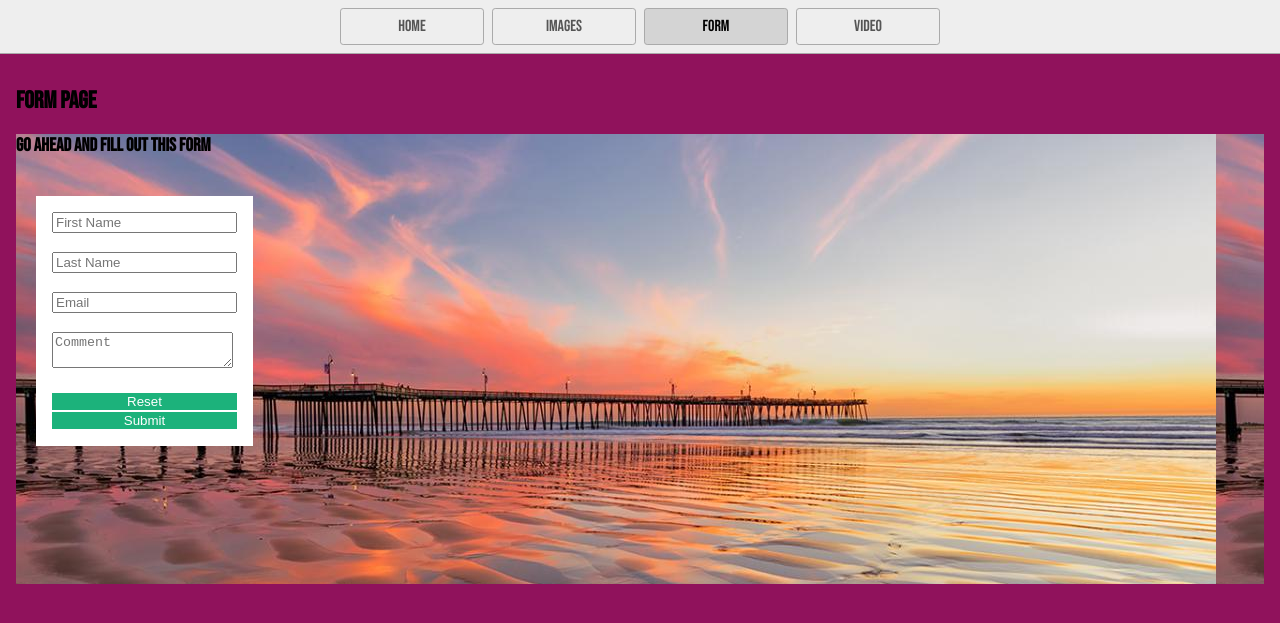
Repository: sebas6292/palmTree-Final
Page: Form.html
An editor plug-in stored every save of this project. The page is shown before and after the next save, followed by the edit.
The browser window is 1280 px wide. The pictures show the whole page.

Above is the page before, as saved 2023-05-28 12:33:25.

### Form.html
<!DOCTYPE html>
<html lang="en">
  <head>
    <title>Home</title>
    <meta charset="UTF-8" />
    <meta name="viewport" content="width=device-width" />

    <link rel="preconnect" href="https://fonts.googleapis.com">
    <link rel="preconnect" href="https://fonts.gstatic.com" crossorigin>
    <link href="https://fonts.googleapis.com/css2?family=Bebas+Neue&display=swap" rel="stylesheet">
    <link rel="stylesheet" href="styles.css" />

  </head>
  <body>
    <nav>
      <a href="/Home.html">Home</a>
      <a href="/Images.html">Images</a>
      <a href="/Form.html" aria-current="page">Form</a>
      <a href="/Video.html">Video</a>
    </nav>
    <main>
      <h1>Form page</h1>
      <div class="bg-img">
      <h3>Go ahead and fill out this form</h3>
      <form action="/Home.html" target="_blank" class="form-container">

        <input type="text" id="fname" name="fname" placeholder="First Name"><br>
        <br>
        <input type="text" id="lname" name="lname" placeholder="Last Name" ><br>
        <br>
        <input type="text" id="email" name="email" placeholder="Email"><br>
        <br>

        <textarea id="comment" placeholder='Comment' name="comment" ></textarea>
        <br>
        <br>
        <input class="btn" type="reset" value="Reset">
        <input class="btn" type="submit" value="Submit">
      </form>
    </div>
    </main>
  </body>
</html>

### styles.css
* {
    box-sizing: border-box;
  }

  body {
    margin: 0;
    font-family: 'Bebas Neue', sans-serif;
    color: black;
    background-color: white;
  }
  @keyframes body {
    0%   {background-color: white;}
    25%  {background-color: brown}
    50%  {background-color: purple;}
    100% {background-color: black;}
  }
  body {
    background-color: white;
    animation-name: body;
    animation-duration: 15s;
  }

  nav {
    display: flex;
    flex-wrap: wrap;
    align-items: center;
    justify-content: center;
    padding: 0.5rem;
    gap: 0.5rem;
    border-bottom: solid 1px #aaa;
    background-color: #eee;
  }

  nav a {
    display: inline-block;
    min-width: 9rem;
    padding: 0.5rem;
    border-radius: 0.2rem;
    border: solid 1px #aaa;
    text-align: center;
    text-decoration: none;
    color: #555;
  }

  nav a[aria-current='page'] {
    color: #000;
    background-color: #d4d4d4;
  }

  main {
    padding: 1rem;
  }

  h1 {
    font-weight: bold;
    font-size: 1.5rem;
  }

  .bg-img {
    background-image: url('/Assets/pier2.jpeg');
    height: 450px;
  }

  .form-container {
    position: absolute;
    margin: 20px;
    max-width: 300px;
    padding: 16px;
    background-color: white;
  }
  input[type=text], input[type=password], input[type=] {
    width: 100%;
    padding: 8px;
    margin: 5px 0 22px 0;
    border: none;
    background: #f1f1f1;
  }
  .btn {
    background-color: #04AA6D;
    color: white;
    /* padding: 16px 20px; */
    border: none;
    cursor: pointer;
    width: 100%;
    opacity: 0.9;
  }

  .btn:hover {
    opacity: 1;
  }
  /* .btn:hover {
    background-color: whitesmoke;
    color: red
  }

  img:hover {
    width: 300px;
  }
   */

After the next save:
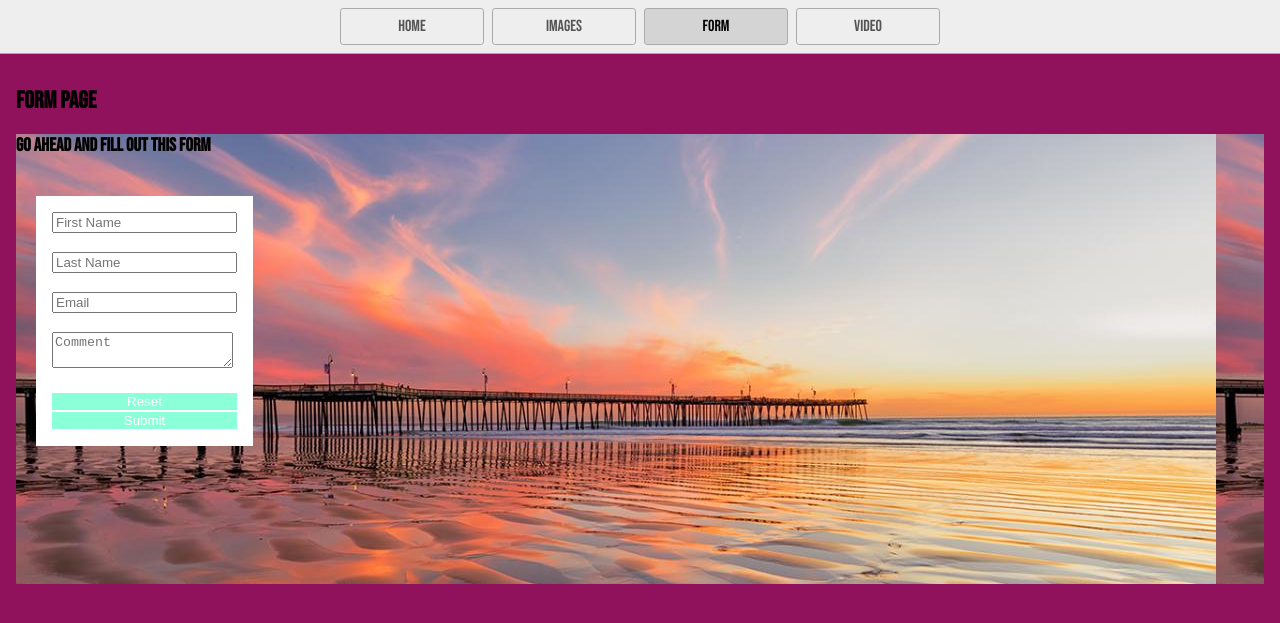
Saved 22 s later.
--- a/styles.css
+++ b/styles.css
@@ -76,7 +76,7 @@
     background: #f1f1f1;
   }
   .btn {
-    background-color: #04AA6D;
+    background-color: aquamarine;
     color: white;
     /* padding: 16px 20px; */
     border: none;

After the save that followed:
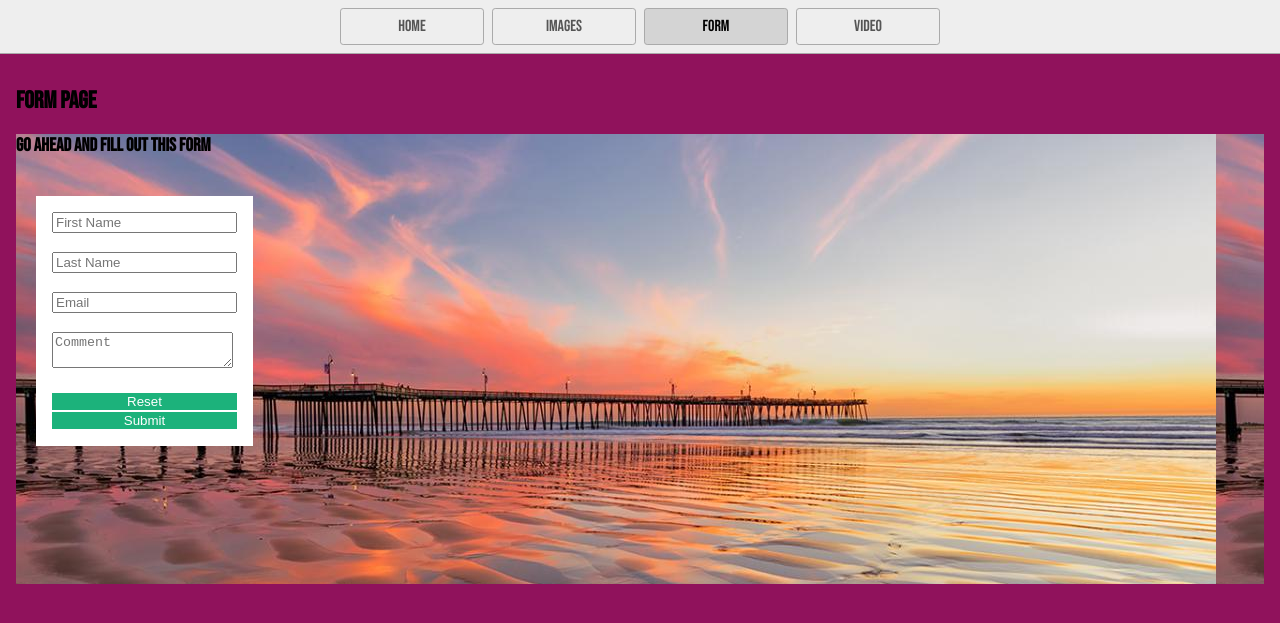
Saved 14 s later.
--- a/styles.css
+++ b/styles.css
@@ -76,7 +76,7 @@
     background: #f1f1f1;
   }
   .btn {
-    background-color: aquamarine;
+    background-color: #04AA6D;
     color: white;
     /* padding: 16px 20px; */
     border: none;
